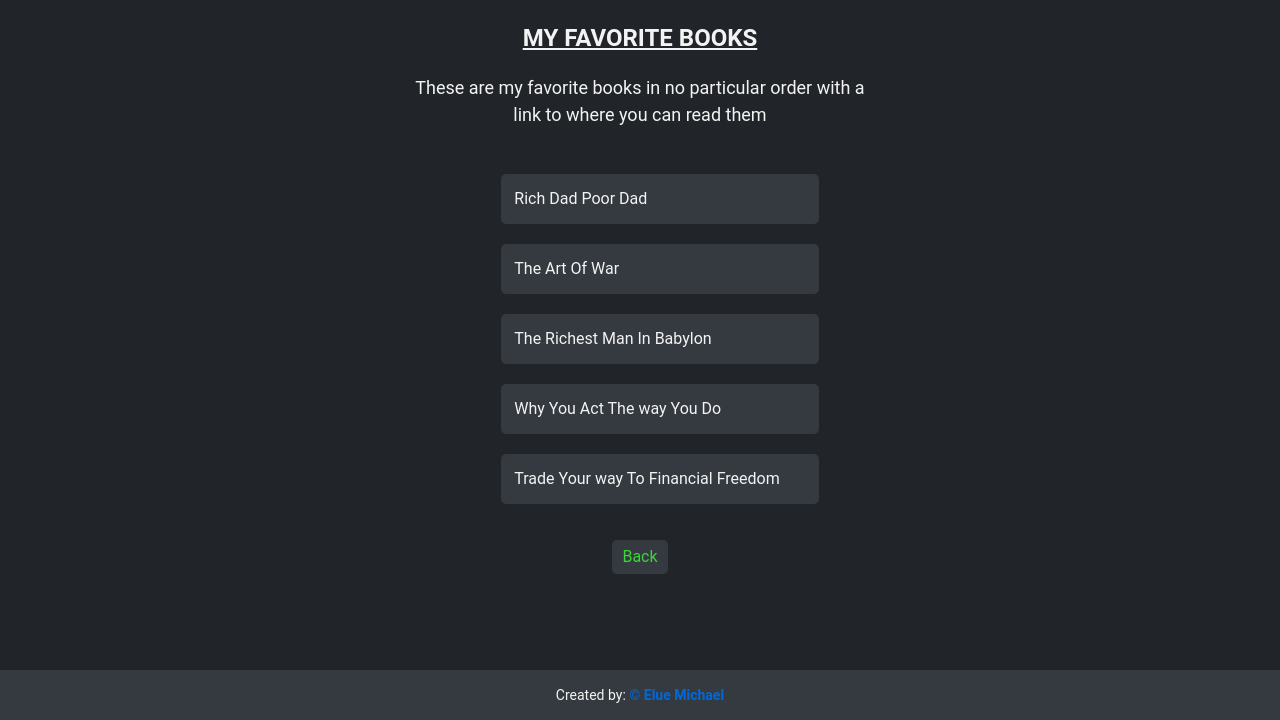
Repository: MikkyPrestige/html-website
Page: pages/books.html
These files come from the project's save history. The page is drawn as it stood at one moment and after the next save; the edit follows.
The browser window is 1280 px wide. The pictures show the whole page.

Above is the page before, as saved 2023-04-29 13:49:38.

### pages/books.html
<!DOCTYPE html>
<html lang="en">

<head>
  <meta charset="UTF-8">
  <meta http-equiv="X-UA-Compatible" content="IE=edge">
  <meta name="viewport" content="width=device-width, initial-scale=1.0">
  <title>Books</title>
  <link rel="stylesheet" href="../index.css">
</head>

<body>
  <main class="main">
    <section class="section">
      <div class="books">
        <h1 class="books-heading"><u>My Favorite Books</u></h1>
        <p class="books-subheading">These are my favorite books in no particular order with a link to where you can read
          them</p>
      </div>
      <ul class="books-lists">
        <li class="books-item">
          <a href="http://www.lequydonhanoi.edu.vn/upload_images/S%C3%A1ch%20ngo%E1%BA%A1i%20ng%E1%BB%AF/Rich%20Dad%20Poor%20Dad.pdf"
            target="_blank" class="books-link">Rich Dad Poor Dad</a>
        </li>
        <li class="books-item">
          <a href="https://sites.ualberta.ca/~enoch/Readings/The_Art_Of_War.pdf" target="_blank" class="books-link">The
            Art Of War</a>
        </li>
        <li class="books-item">
          <a href="https://thediamondsmine.com/files/Ebooks/Clason-RichestManInBabylon.pdf" target="_blank"
            class="books-link">The Richest Man
            In Babylon</a>
        </li>
        <li class="books-item">
          <a href="https://www.dirzon.com/Doc/ReaderAsync?target=telegram%3AWhy%20you%20act%20the%20way%20you%20do%20by%20Tim%20LaHaye%20(%20PDFDrive%20).pdf"
            target="_blank" class="books-link">Why You Act The way You Do</a>
        </li>
        <li class="books-item">
          <a href="https://dl.abcbourse.ir/dl/Library/book/Trade_Your_Way_to_Financial_Freedom.pdf" target="_blank"
            class="books-link">Trade
            Your way To Financial Freedom</a>
        </li>
      </ul>
      <div class="back">
        <a href="../index.html" class="back-link">Back</a>
      </div>
    </section>
    <footer class="footer">
      <p class="footer-text">Created by: <a href="#" target="_blank" class="footer-link">
          &copy; <strong>Elue Michael</strong>
        </a>
      </p>
    </footer>
  </main>
</body>

</html>

### index.css
body {
  background-color: #212529;
  font-family: 'Roboto', sans-serif;
  font-size: 16px;
  font-weight: 400;
  line-height: 1.5;
  color: #f3f3f3;
  text-align: left;
  margin: 0;
  padding: 0;
  width: 100%;
  height: 100vh;
}

.main {
  display: flex;
  flex-direction: column;
  justify-content: space-between;
  align-items: center;
  height: 100%;
}

.section {
  display: flex;
  flex-direction: column;
  justify-content: center;
  align-items: center;
  width: 100%;
}

.btn {
  background-color: #007bff;
  padding: 5px;
  border-radius: 5px;
  transition: all .15s ease-in-out;
  border: none;
  outline: none;
  margin: -20px 0 50px 0;
}

.btn:hover {
  background-color: #0069d9;
}

.btn-link {
  color: #f3f3f3;
  font-size: 14px;
  text-decoration: none;
  cursor: pointer;
}

.section1 {
  display: flex;
  flex-direction: column;
  justify-content: center;
  align-items: center;
}

.section1-header {
  font-size: 24px;
  font-weight: 700;
  margin-bottom: 5px;
  text-transform: uppercase;
}

.section1-content {
  display: flex;
  justify-content: space-around;
  align-items: center;
  width: 100%;
}

.section1-text {
  font-size: 18px;
  font-weight: 400;
}

.section1-link,
.section1-link:link,
.section1-link:visited {
  color: #0069d9;
  text-decoration: none;
  cursor: pointer;
}

.section1-link:hover {
  text-decoration: underline;
  color: #f3f3f3;
}

/* BOOKS CSS */
.books {
  display: flex;
  flex-direction: column;
  justify-content: center;
  align-items: center;
}

.books-heading {
  font-size: 24px;
  font-weight: 700;
  margin-bottom: 0px;
  text-transform: uppercase;
}

.books-subheading {
  font-size: 18px;
  font-weight: 400;
  margin-bottom: 30px;
  width: 65%;
  text-align: center;
}

.books-lists {
  display: flex;
  flex-direction: column;
  justify-content: center;
  align-items: center;
  gap: 20px;
  list-style: none;
}

.books-item {
  width: 100%;
  max-width: 500px;
  padding: 13px;
  border-radius: 5px;
  background-color: #343a40;
}

.books-item:hover {
  background-color: #212529;
}

.books-link,
.books-link:link,
.books-link:visited {
  color: #f3f3f3;
  text-decoration: none;
  cursor: pointer;
}

.books-link:hover {
  text-decoration: underline;
}

.back {
  margin: 20px 0 10px 0;
  padding: 5px 10px;
  border-radius: 5px;
  background-color: #343a40;
}

.back:hover {
  background-color: #212529;
}

.back-link {
  color: #3dd638;
  text-decoration: none;
  cursor: pointer;
}

.back-link:hover {
  text-decoration: underline;
}












.footer {
  display: flex;
  justify-content: center;
  align-items: center;
  width: 100%;
  height: 50px;
  background-color: #343a40;
}

.footer-text {
  font-size: 14px;
  font-weight: 400;
  color: #f3f3f3;
}

.footer-link {
  color: #0069d9;
  text-decoration: none;
  cursor: pointer;
}

After the next save:
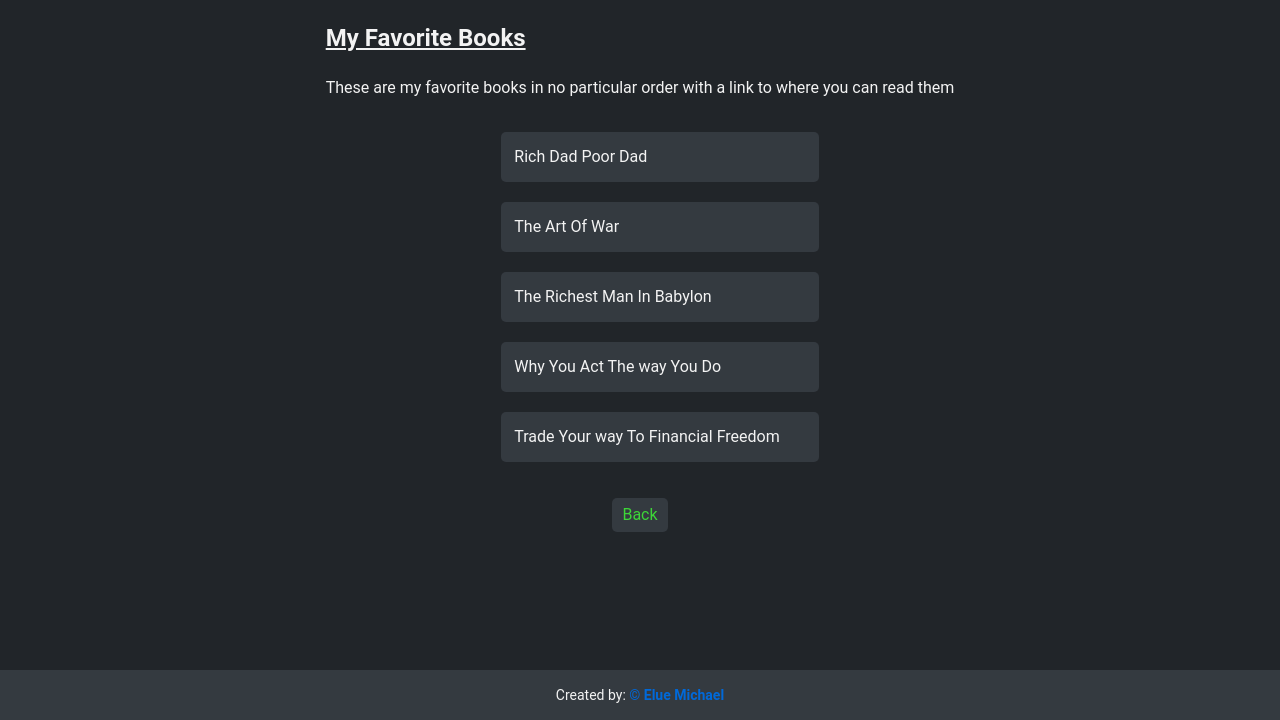
Saved 39 s later.
--- a/pages/books.html
+++ b/pages/books.html
@@ -12,9 +12,9 @@
 <body>
   <main class="main">
     <section class="section">
-      <div class="books">
-        <h1 class="books-heading"><u>My Favorite Books</u></h1>
-        <p class="books-subheading">These are my favorite books in no particular order with a link to where you can read
+      <div class="fav">
+        <h1 class="fav-heading"><u>My Favorite Books</u></h1>
+        <p class="fav-subheading">These are my favorite books in no particular order with a link to where you can read
           them</p>
       </div>
       <ul class="books-lists">
